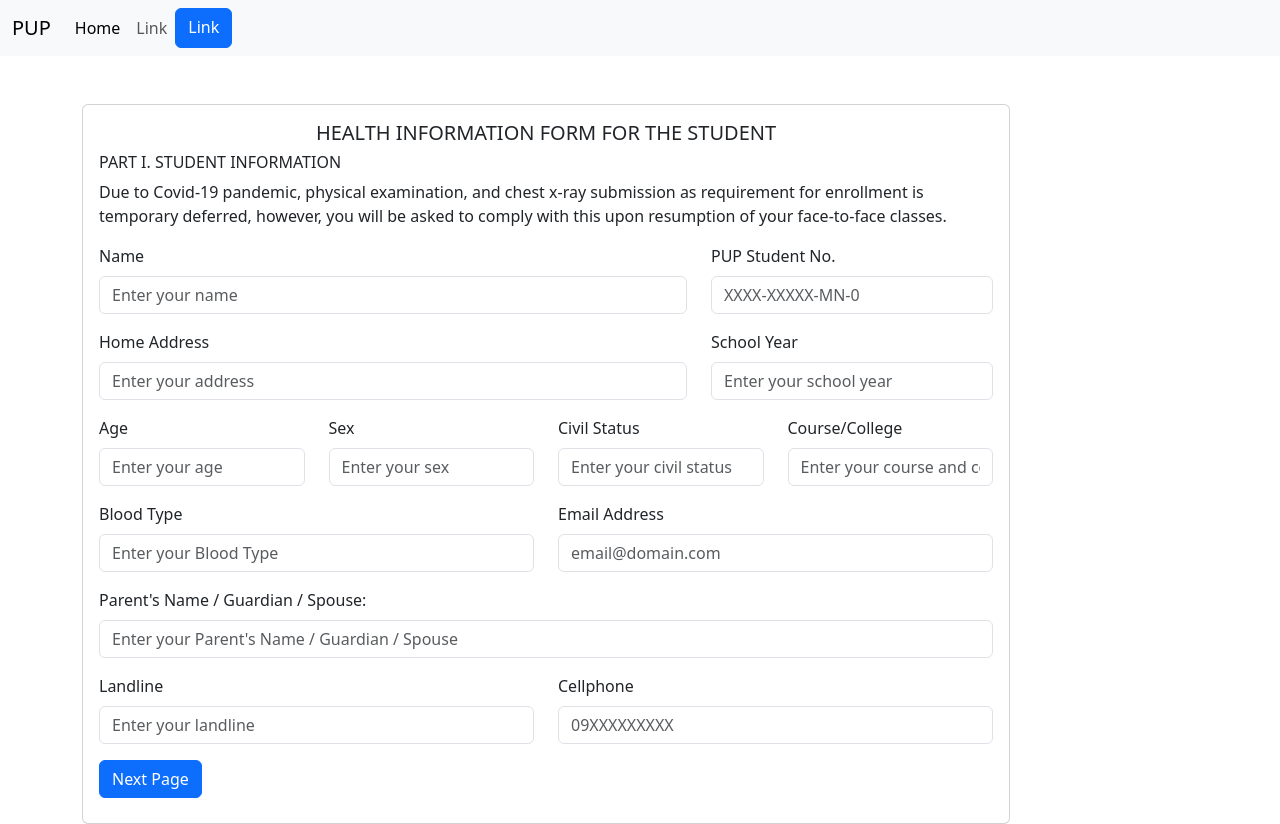
Repository: Nicktacku/webdev
Page: form.html
An editor plug-in stored every save of this project. The page is shown before and after the next save, followed by the edit.
The browser window is 1280 px wide. The pictures show the whole page.

Above is the page before, as saved 2024-07-17 23:49:01.

### form.html
<!DOCTYPE html>
<html lang="en">
  <head>
    <meta charset="UTF-8" />
    <meta name="viewport" content="width=device-width, initial-scale=1.0" />
    <title>Document</title>
    <link
      href="https://cdn.jsdelivr.net/npm/bootstrap@5.3.3/dist/css/bootstrap.min.css"
      rel="stylesheet"
      integrity="sha384-QWTKZyjpPEjISv5WaRU9OFeRpok6YctnYmDr5pNlyT2bRjXh0JMhjY6hW+ALEwIH"
      crossorigin="anonymous"
    />
  </head>
  <body>
    <!-- Navbar -->
    <nav class="navbar navbar-expand-lg bg-body-tertiary">
        <div class="container-fluid">
          <a class="navbar-brand" href="#">PUP</a>
          <button
            class="navbar-toggler"
            type="button"
            data-bs-toggle="collapse"
            data-bs-target="#navbarSupportedContent"
            aria-controls="navbarSupportedContent"
            aria-expanded="false"
            aria-label="Toggle navigation"
          >
            <span class="navbar-toggler-icon"></span>
          </button>
          <div class="collapse navbar-collapse" id="navbarSupportedContent">
            <ul class="navbar-nav me-auto mb-2 mb-lg-0">
              <li class="nav-item">
                <a class="nav-link active" aria-current="page" href="#">Home</a>
              </li>
              <li class="nav-item">
                <a class="nav-link" href="#">Link</a>
              </li>

              <a class="btn btn-primary" href="form.html" role="button">Link</a>
          </div>
        </div>
      </nav>

    <div
      class="container mt-auto mx-auto pt-5"
    >


    <div class="card" style="width: 58rem; height: 45rem" id="section-1">

        <!-- section 1 -->
        <div class="card-body" >
          <h5 class="card-title d-flex justify-content-center">HEALTH INFORMATION FORM FOR THE STUDENT</h5>
          <h6 class="card-text">PART I. STUDENT INFORMATION</h6>
          <p class="card-text">Due to Covid-19 pandemic, physical examination, and chest x-ray submission as requirement for enrollment is
            temporary deferred, however, you will be asked to comply with this upon resumption of your face-to-face classes.</p>

            <div class="row">
                <div class="col-8">
                    <div class="mb-3">
                        <label for="name" class="form-label">Name</label>
                        <input type="text" class="form-control" id="name" placeholder="Enter your name" required>
                      </div>
                </div>
                <div class="col">
                    <div class="mb-3">
                        <label for="name" class="form-label">PUP Student No.</label>
                        <input type="text" class="form-control" id="student_no" placeholder="XXXX-XXXXX-MN-0" required>
                      </div>
                </div>
            </div>

            <div class="row">
                <div class="col-8">
                    <div class="mb-3">
                        <label for="name" class="form-label">Home Address</label>
                        <input type="text" class="form-control" id="home_address" placeholder="Enter your address" required>
                      </div>
                </div>
                <div class="col">
                    <div class="mb-3">
                        <label for="name" class="form-label">School Year</label>
                        <input type="text" class="form-control" id="school_year" placeholder="Enter your school year" required>
                      </div>
                </div>
            </div>

            <div class="row">
                <div class="col-3">
                    <div class="mb-3">
                        <label for="name" class="form-label">Age</label>
                        <input type="text" class="form-control" id="age" placeholder="Enter your age" required>
                      </div>
                </div>
                <div class="col-3">
                    <div class="mb-3">
                        <label for="name" class="form-label">Sex</label>
                        <input type="text" class="form-control" id="sex" placeholder="Enter your sex" required>
                      </div>
                </div>
                <div class="col-3">
                    <div class="mb-3">
                        <label for="name" class="form-label">Civil Status</label>
                        <input type="text" class="form-control" id="civil_status" placeholder="Enter your civil status" required>
                      </div>
                </div>
                <div class="col">
                    <div class="mb-3">
                        <label for="name" class="form-label">Course/College</label>
                        <input type="text" class="form-control" id="course_college" placeholder="Enter your course and college" required>
                      </div>
                </div>
            </div>

            <div class="row">
                <div class="col-6">
                    <div class="mb-3">
                        <label for="name" class="form-label">Blood Type</label>
                        <input type="text" class="form-control" id="blood_type" placeholder="Enter your Blood Type" required>
                      </div>
                </div>
                <div class="col">
                    <div class="mb-3">
                        <label for="name" class="form-label">Email Address</label>
                        <input type="email" class="form-control" id="email" placeholder="email@domain.com" required>
                      </div>
                </div>
            </div>

            <div class="row">
                <div class="col">
                    <div class="mb-3">
                        <label for="name" class="form-label">Parent's Name / Guardian / Spouse:</label>
                        <input type="text" class="form-control" id="parent_name" placeholder="Enter your Parent's Name / Guardian / Spouse" required>
                      </div>
                </div>
            </div>

            <div class="row">
                <div class="col-6">
                    <div class="mb-3">
                        <label for="name" class="form-label">Landline</label>
                        <input type="text" class="form-control" id="landline" placeholder="Enter your landline">
                      </div>
                </div>
                <div class="col">
                    <div class="mb-3">
                        <label for="name" class="form-label">Cellphone</label>
                        <input type="text" class="form-control" id="cellphone" placeholder="09XXXXXXXXX" required>
                      </div>
                </div>
            </div>

          <button onclick="section2()" class="btn btn-primary">Next Page</button>
        </div>
      </div>

      <!-- Section 2 -->
      <div class="card" style="width: 58rem; height: 100rem; display: none" id="section-2">
        <div class="card-body">
        <h5 class="card-title d-flex justify-content-center">HEALTH INFORMATION FORM FOR THE STUDENT</h5>
        <h6 class="card-text">PART II. MEDICAL HISTORY</h6>


          <div class="row">
            <div class="col-12">
                <div class="mb-3">
                    <label for="name" class="form-label" id="illness_label">1. Do you need medical attention or has known medical illness?</label>
                </div>
                <div class="form-check">
                    <input class="form-check-input" type="radio" name="illness" id="illness_yes" value="yes" required>
                    <label class="form-check-label" for="flexRadioDefault1">
                      Yes
                    </label>
                  </div>
                  <div class="form-check">
                    <input class="form-check-input" type="radio" name="illness" id="illness_no" value="no" required>
                    <label class="form-check-label" for="flexRadioDefault2">
                      No
                    </label>
                  </div>

                  <div class="row" style="display: none" id="illnessess">
                    <p class="col-12" id="illness_label">(Please check the following that apply and give more information as needed)</p>
                    <div class="form-check col-3">
                        <input class="form-check-input" type="checkbox" value="Asthma" id="illness_choice" name="illness_name">
                        <label class="form-check-label" for="flexCheckDefault">
                          Asthma
                    </label>
                    </div>
                    <div class="form-check col-3">
                        <input class="form-check-input" type="checkbox" value="Loss of Consciousness" id="illness_choice" name="illness_name">
                        <label class="form-check-label" for="flexCheckDefault">
                            Loss of Consciousness
                    </label>
                    </div>
                    <div class="form-check col-3">
                        <input class="form-check-input" type="checkbox" value="Eye Disease/Defect" id="illness_choice" name="illness_name">
                        <label class="form-check-label" for="flexCheckDefault">
                            Eye Disease/Defect
                    </label>
                    </div>
                    <div class="form-check col-3">
                        <input class="form-check-input" type="checkbox" value="Accident Injuries" id="illness_choice" name="illness_name">
                        <label class="form-check-label" for="flexCheckDefault">
                            Accident Injuries
                    </label>
                    </div>
                    <div class="form-check col-3">
                        <input class="form-check-input" type="checkbox" value="Diabetes" id="illness_choice" name="illness_name">
                        <label class="form-check-label" for="flexCheckDefault">
                            Diabetes
                    </label>
                    </div>
                    <div class="form-check col-3">
                        <input class="form-check-input" type="checkbox" value="Heart Disease" id="illness_choice" name="illness_name">
                        <label class="form-check-label" for="flexCheckDefault">
                            Heart Disease
                    </label>
                    </div>
                    <div class="form-check col-3">
                        <input class="form-check-input" type="checkbox" value="Kidney Disease" id="illness_choice" name="illness_name">
                        <label class="form-check-label" for="flexCheckDefault">
                            Kidney Disease
                    </label>
                    </div>
                    <div class="form-check col-3">
                        <input class="form-check-input" type="checkbox" value="Tuberculosis / Primary Complex" id="illness_choice" name="illness_name">
                        <label class="form-check-label" for="flexCheckDefault">
                            Tuberculosis / Primary Complex
                    </label>
                    </div>
                    <div class="form-check col-3">
                        <input class="form-check-input" type="checkbox" value="Migraine" id="illness_choice" name="illness_name">
                        <label class="form-check-label" for="flexCheckDefault">
                            Migraine
                    </label>
                    </div>
                    <div class="form-check col-3">
                        <input class="form-check-input" type="checkbox" value="High Blood Pressure" id="illness_choice" name="illness_name">
                        <label class="form-check-label" for="flexCheckDefault">
                            High Blood Pressure
                    </label>
                    </div>
                    <div class="form-check col-12">
                        <input class="form-check-input" type="checkbox" value="Others" id="illness_choice" name="illness_name">
                        <label class="form-check-label" for="flexCheckDefault">
                            Others
                        </label>
                        <input type="text" class="form-control" id="other-illness-input" placeholder="(pls indicate)">
                    </div>
                  </div>
            </div>

            <div class="col">
                <p>2. Additional Information for Students with Medical Conditions</p>
                <p>As a Parent/Guardian, I would like to declare that my child had history of allergies to the following</p>

                <div class="row">
                    <div class="col-7">
                        <div class="mb-3">
                            <label for="name" class="form-label">Food</label>
                            <input type="text" class="form-control" id="food" placeholder="Enter your food">
                          </div>
                    </div>
                    <div class="col-5">
                        <div class="mb-3">
                            <label for="name" class="form-label">No Known Allergies:</label>
                            <input type="text" class="form-control" id="allergy" placeholder="your no known allergies">
                          </div>
                    </div>

                        <p class="col-12">Medicines</p>
                        <div class="form-check col-4">
                            <input class="form-check-input" type="checkbox" value="Aspirin" name="medicine_name" id="flexCheckDefault">
                            <label class="form-check-label" for="flexCheckDefault">
                              Aspirin
                        </label>
                        </div>
                        <div class="form-check col-4">
                            <input class="form-check-input" type="checkbox" value="Ibuprofen" name="medicine_name" id="flexCheckDefault">
                            <label class="form-check-label" for="flexCheckDefault">
                              Ibuprofen
                        </label>
                        </div>
                        <div class="form-check col-4">
                            <input class="form-check-input" type="checkbox" value="Amoxicillin" name="medicine_name" id="flexCheckDefault">
                            <label class="form-check-label" for="flexCheckDefault">
                            Amoxicillin
                        </label>
                        </div>

                        <div class="form-check col-4">
                            <input class="form-check-input" type="checkbox" value="Mefenamic Acid" name="medicine_name" id="flexCheckDefault">
                            <label class="form-check-label" for="flexCheckDefault">
                                Mefenamic Acid
                        </label>
                        </div>
                        <div class="form-check col-4">
                            <input class="form-check-input" type="checkbox" value="Penicillin" name="medicine_name" id="flexCheckDefault">
                            <label class="form-check-label" for="flexCheckDefault">
                                Penicillin
                        </label>
                        </div>
                        <div class="form-check col-4">
                            <input class="form-check-input" type="checkbox" value="Others" name="medicine_name" id="flexCheckDefault">
                            <label class="form-check-label" for="flexCheckDefault">
                            Others
                            </label>
                            <input type="text" class="form-control" id="other_content_medicine" placeholder="(pls indicate)">
                        </div>
                </div>
              </div>
          </div>
        </div>
        <button onclick="section1()" class="btn btn-primary">Previous Page</button>
        <button onclick="section3()" class="btn btn-primary" style="margin-left: 2%;">Next Page</button>
      </div>

      <!-- section 3 -->

      <div class="card" style="width: 58rem; height: 100rem; display: none" id="section-3">
      <div class="card-body">
        <h5 class="card-title d-flex justify-content-center">HEALTH INFORMATION FORM FOR THE STUDENT</h5>
        <h6 class="card-text">PART III. PERSONAL HISTORY</h6>
        <div class="mb-3">
            <label for="name" class="form-label" id="cig_label">Cigarette Smoking</label>
        </div>
        <div class="form-check">
            <input class="form-check-input" type="radio" name="cig" id="flexRadioDefault1" value="yes" required>
            <label class="form-check-label" for="flexRadioDefault1">
              Yes
            </label>
          </div>
          <div class="form-check">
            <input class="form-check-input" type="radio" name="cig" id="flexRadioDefault2" value="no" required>
            <label class="form-check-label" for="flexRadioDefault2">
              No
            </label>
          </div>
          <div class="mb-3">
            <label for="name" class="form-label required" id="alc_label">Alcohol Drinking</label>
        </div>
        <div class="form-check">
            <input class="form-check-input" type="radio" name="alc" id="flexRadioDefault1" value="yes" required>
            <label class="form-check-label" for="alcyes">
              Yes
            </label>
          </div>
          <div class="form-check">
            <input class="form-check-input" type="radio" name="alc" id="flexRadioDefault2" value="no" required>
            <label class="form-check-label" for="alcno">
              No
            </label>
          </div>

          <p>By pressing submit I hereby state to the best of my knowledge, my answers to the above questions are complete and correct.</p>

            <p>By affixing my signature (Parent/Guardian and Student), I agree to the Data Privacy Act of 2012 and its implementing
              rules and regulations and voluntarily giving my consent in the collection and processing of the student's name above
              its Personal Information in accordance with such as health assessment, treatment and/or research following research
              ethics guidelines for the improvements of healthcare services. This consent will remain in full force until I revoke it in
              writing. I also understand the PUP MSD will not be liable to any untoward incident this may arise due to the
              temporary deferral of the physical examination and chest x-ray.</p>

            <button onclick="section2()" class="btn btn-primary">Previous Page</button>
        <button onclick="save()" class="btn btn-primary" style="margin-left: 2%;">Submit</button>
        </div>
        </div>


    </div>


    <script
      src="https://cdn.jsdelivr.net/npm/bootstrap@5.3.3/dist/js/bootstrap.bundle.min.js"
      integrity="sha384-YvpcrYf0tY3lHB60NNkmXc5s9fDVZLESaAA55NDzOxhy9GkcIdslK1eN7N6jIeHz"
      crossorigin="anonymous"
    ></script>
    <script type="text/javascript" src="script.js"></script>
  </body>
</html>

Loaded but not shown: script.js (287 lines, source omitted)

After the next save:
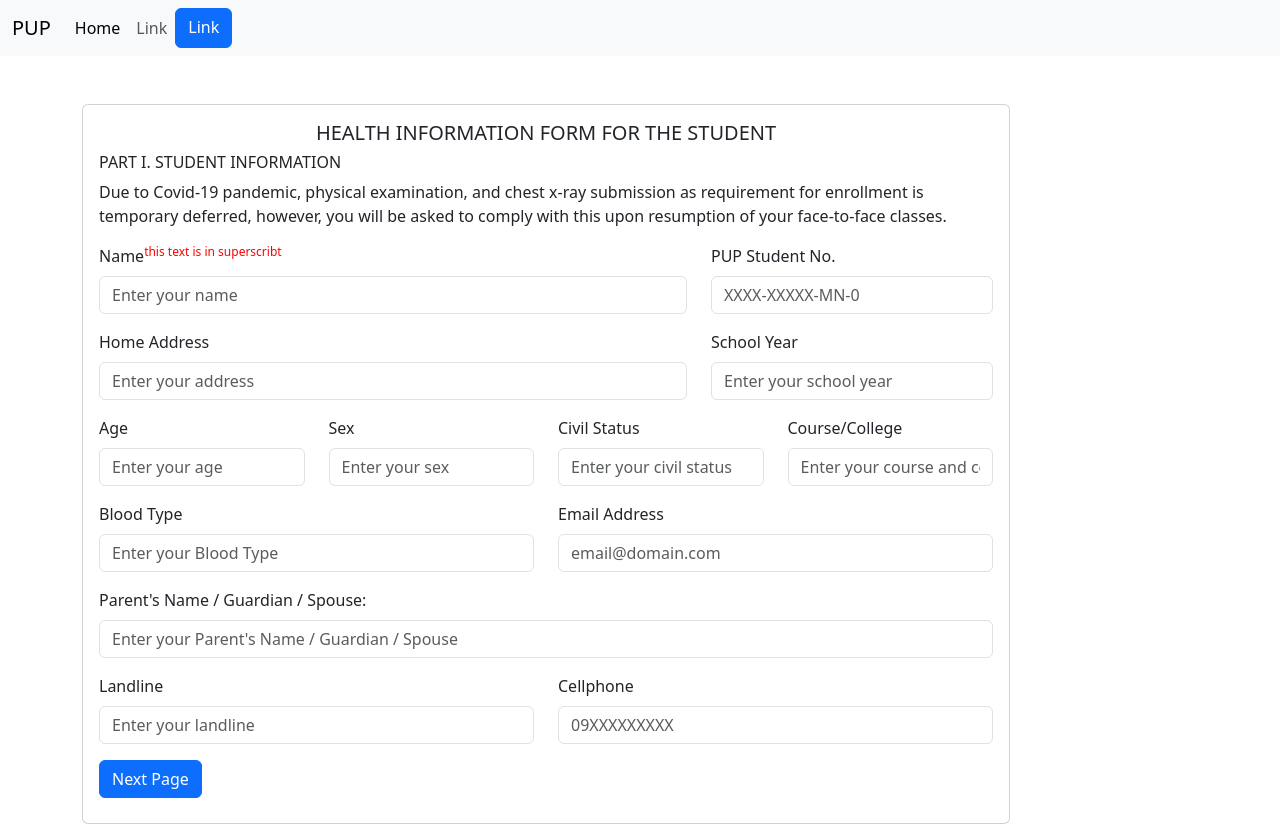
Saved 3 min 13 s later.
--- a/form.html
+++ b/form.html
@@ -58,7 +58,7 @@
             <div class="row">
                 <div class="col-8">
                     <div class="mb-3">
-                        <label for="name" class="form-label">Name</label>
+                        <label for="name" class="form-label">Name<sup style="color: red">this text is in superscribt</sup></label>
                         <input type="text" class="form-control" id="name" placeholder="Enter your name" required>
                       </div>
                 </div>

After the save that followed:
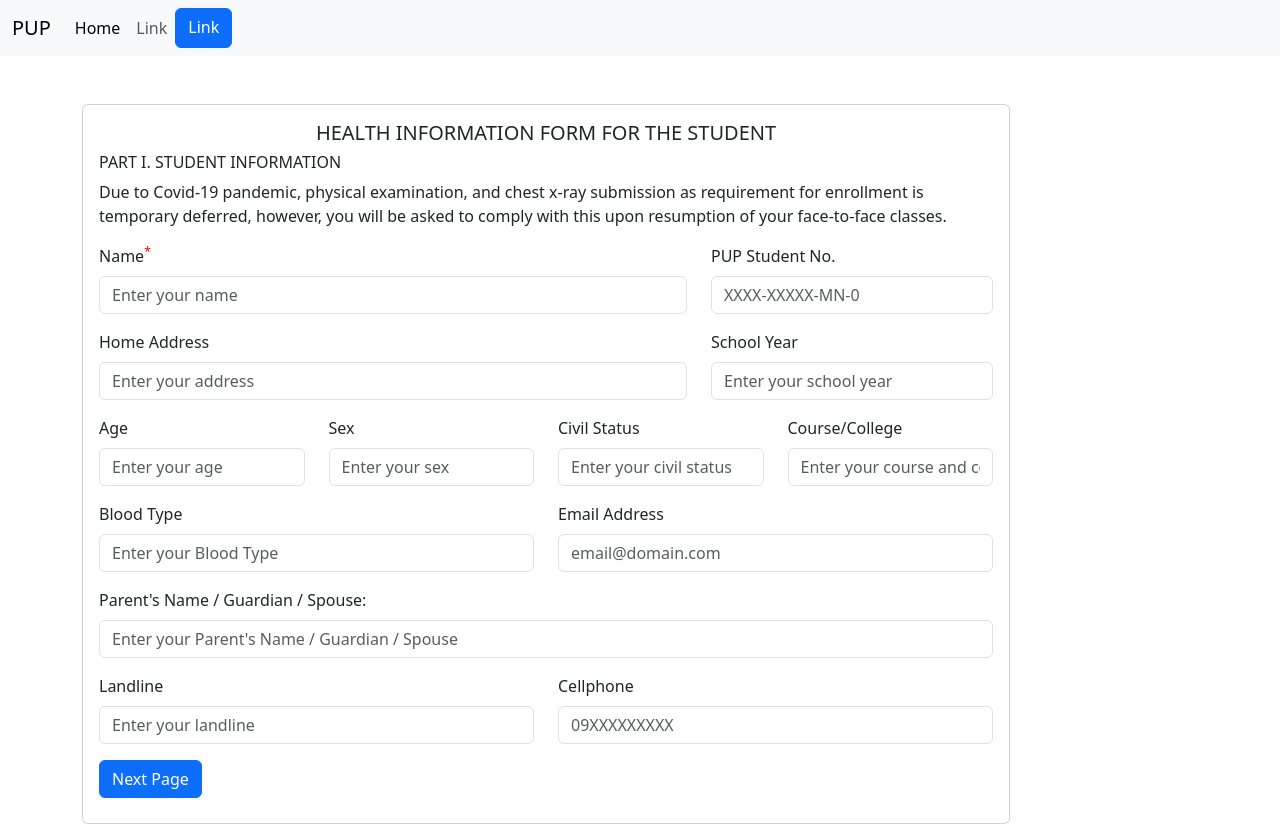
Saved 14 s later.
--- a/form.html
+++ b/form.html
@@ -58,7 +58,7 @@
             <div class="row">
                 <div class="col-8">
                     <div class="mb-3">
-                        <label for="name" class="form-label">Name<sup style="color: red">this text is in superscribt</sup></label>
+                        <label for="name" class="form-label">Name<sup style="color: red">*</sup></label>
                         <input type="text" class="form-control" id="name" placeholder="Enter your name" required>
                       </div>
                 </div>
